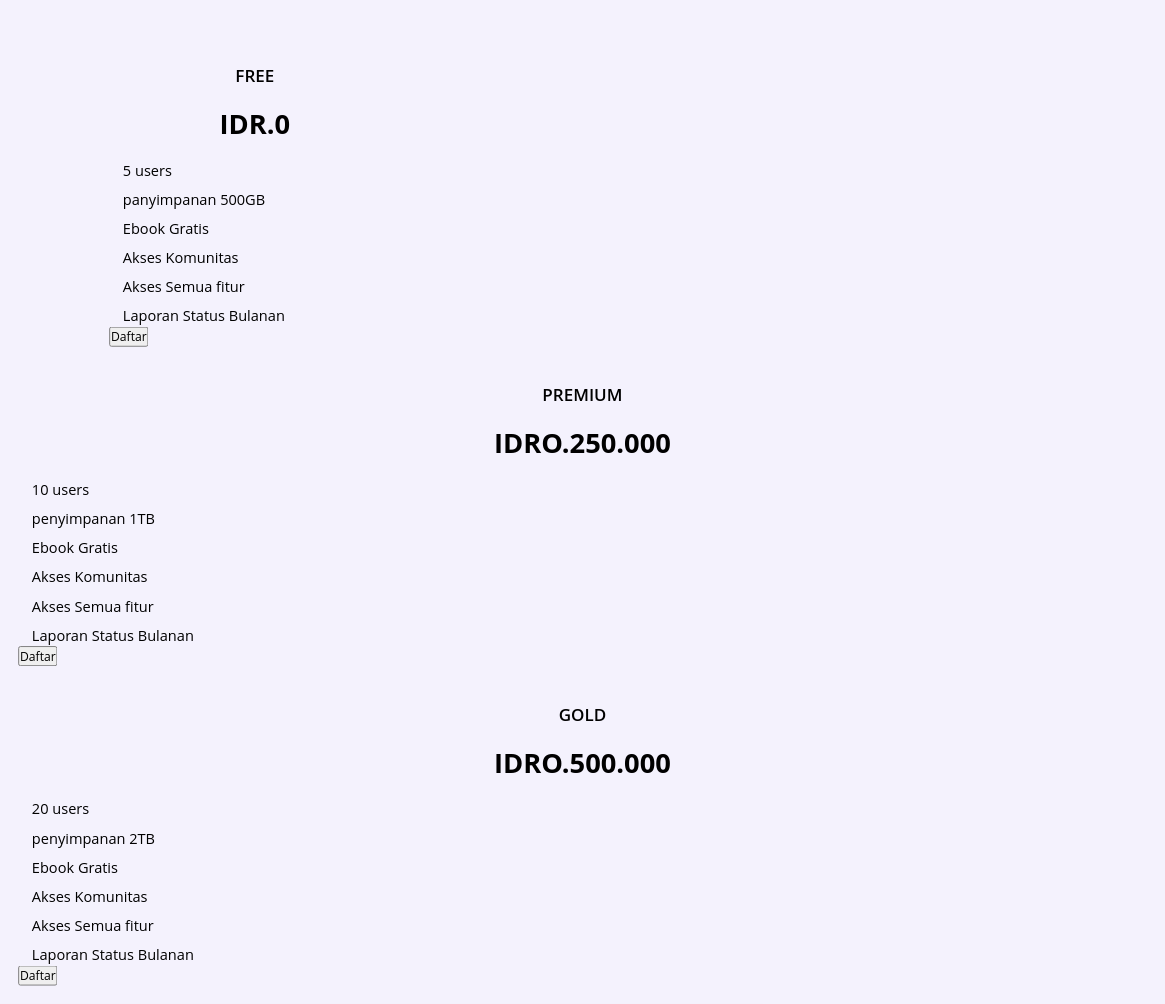
Repository: TUTJAL/my-website
Page: card.html
An editor plug-in stored every save of this project. The page is shown before and after the next save, followed by the edit.
The browser window is 1280 px wide. The pictures show the whole page, at 91% of full size.

Above is the page before, as saved 2024-06-20 11:11:51.

After the next save:
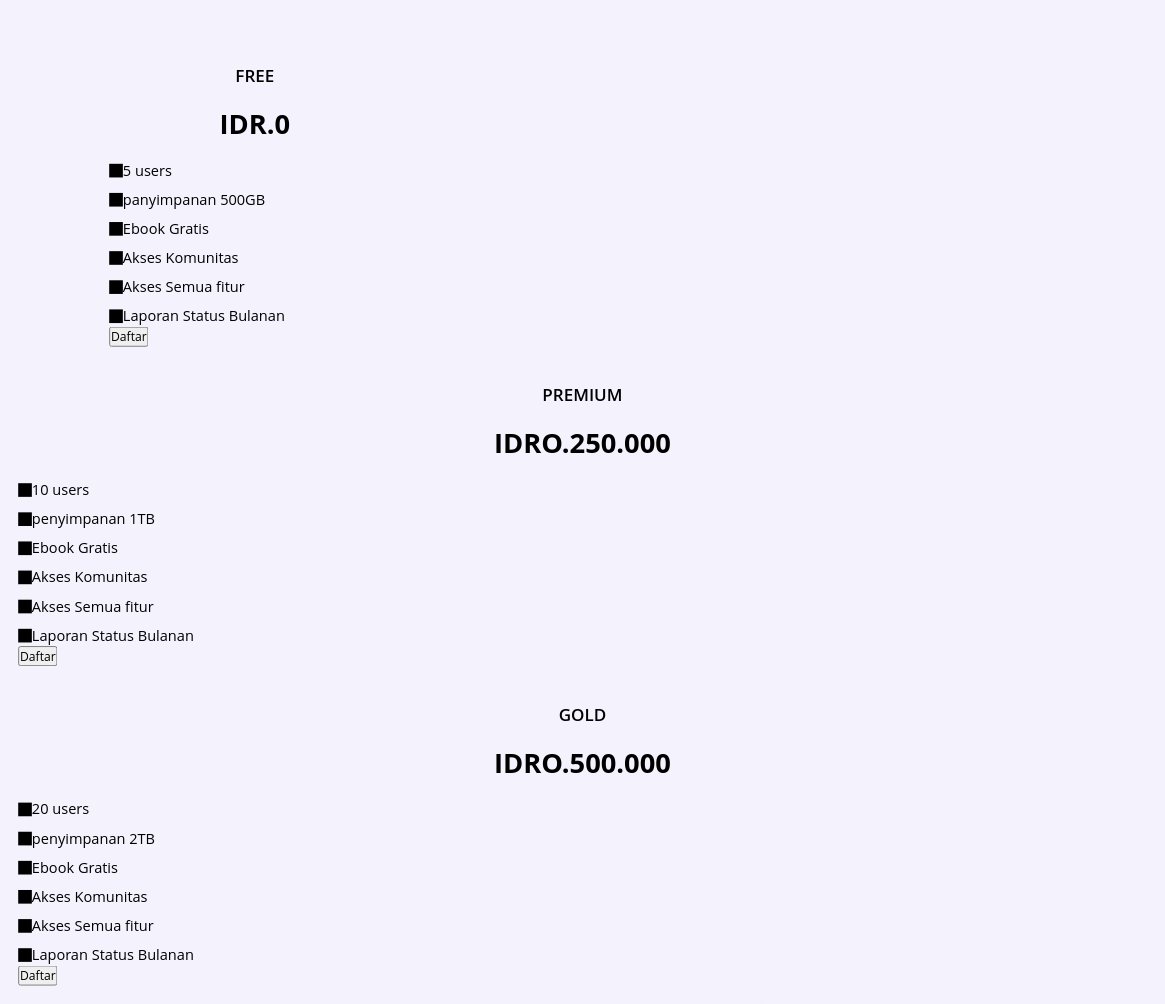
Saved 4 s later.
--- a/card.css
+++ b/card.css
@@ -54,5 +54,5 @@ body{
 .single-card i{
     height: 15px;
     width: 15px;
-    background-color: b;
+    background-color: black;
 }
